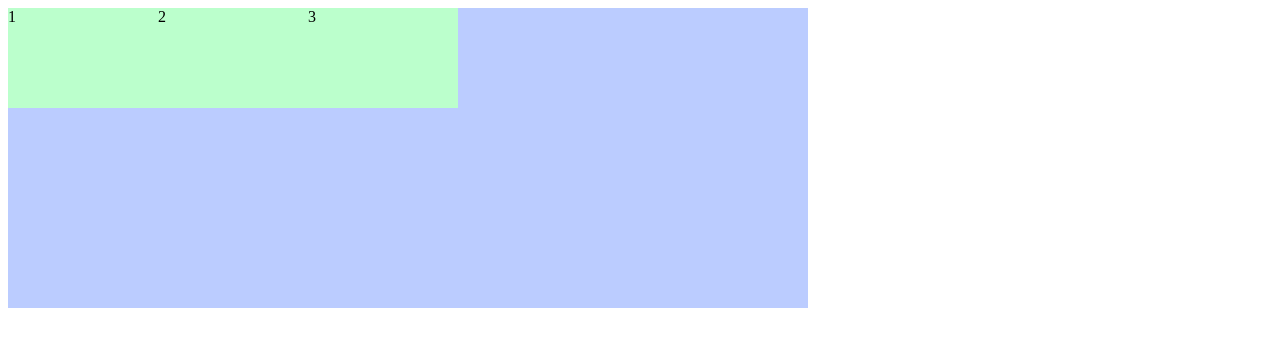
Repository: liutian97/learn1
Page: 移动端web开发/代码/2. Flex 伸缩布局/02-flex主轴方向.html
The author's editor kept a copy of each file at every save. The page is drawn from the files as they stood at one save, then again after a run of saves.
The browser window is 1280 px wide. The pictures show the whole page.

Above is the page before, as saved 2022-07-02 16:34:36.

After the next 3 saves:
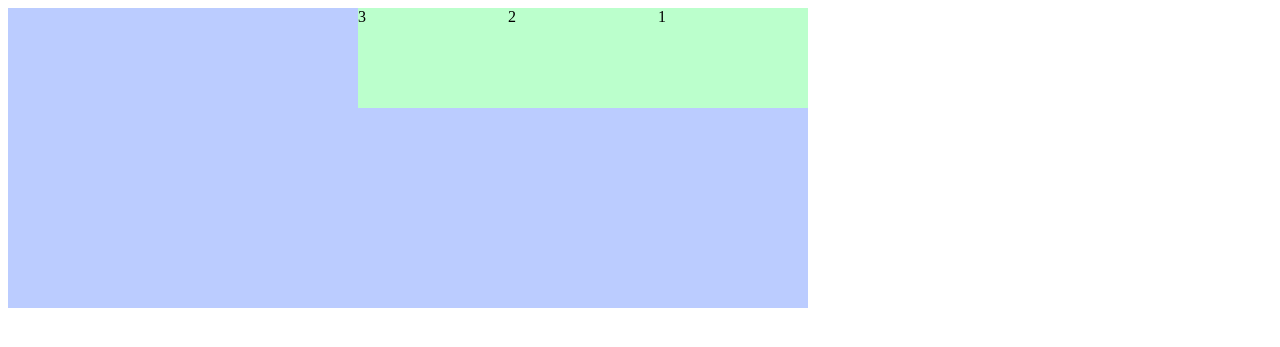
The 3 saves are shown as one change because they came seconds apart.
The last was saved 9 s later.
--- a/移动端web开发/代码/2. Flex 伸缩布局/02-flex主轴方向.html
+++ b/移动端web开发/代码/2. Flex 伸缩布局/02-flex主轴方向.html
@@ -14,9 +14,9 @@
       /* 给父级添加flex属性 */
       display: flex;
       /* 默认的主轴是 x 轴 行 row  y轴 侧轴*/
-      flex-direction: row
+      /* flex-direction: row; */
       /* 翻转  */
-      flex-direction: row-reverse
+      flex-direction: row-reverse;
     }
 
     div span {

After the 5 saves that followed:
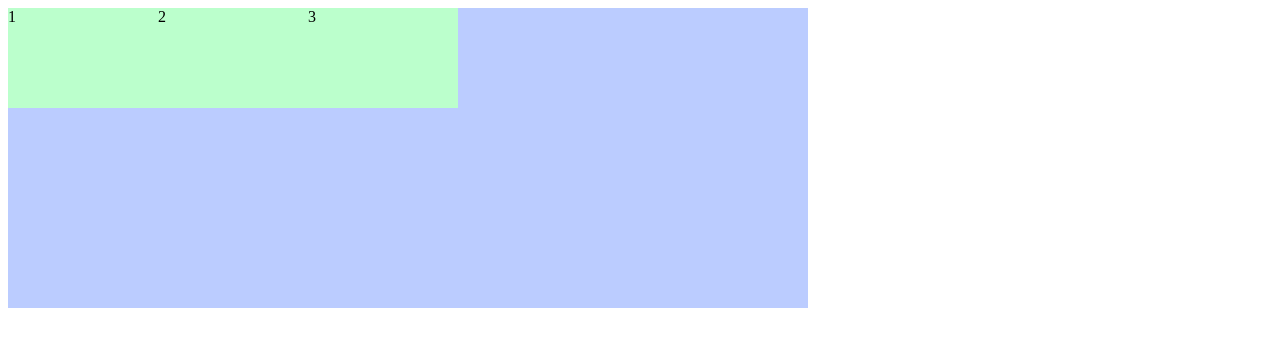
The 5 saves are shown as one change because they came seconds apart.
The last was saved 19 s later.
--- a/移动端web开发/代码/2. Flex 伸缩布局/02-flex主轴方向.html
+++ b/移动端web开发/代码/2. Flex 伸缩布局/02-flex主轴方向.html
@@ -16,7 +16,8 @@
       /* 默认的主轴是 x 轴 行 row  y轴 侧轴*/
       /* flex-direction: row; */
       /* 翻转  */
-      flex-direction: row-reverse;
+      /* flex-direction: row-reverse; */
+      flex-direction: cl;
     }
 
     div span {
